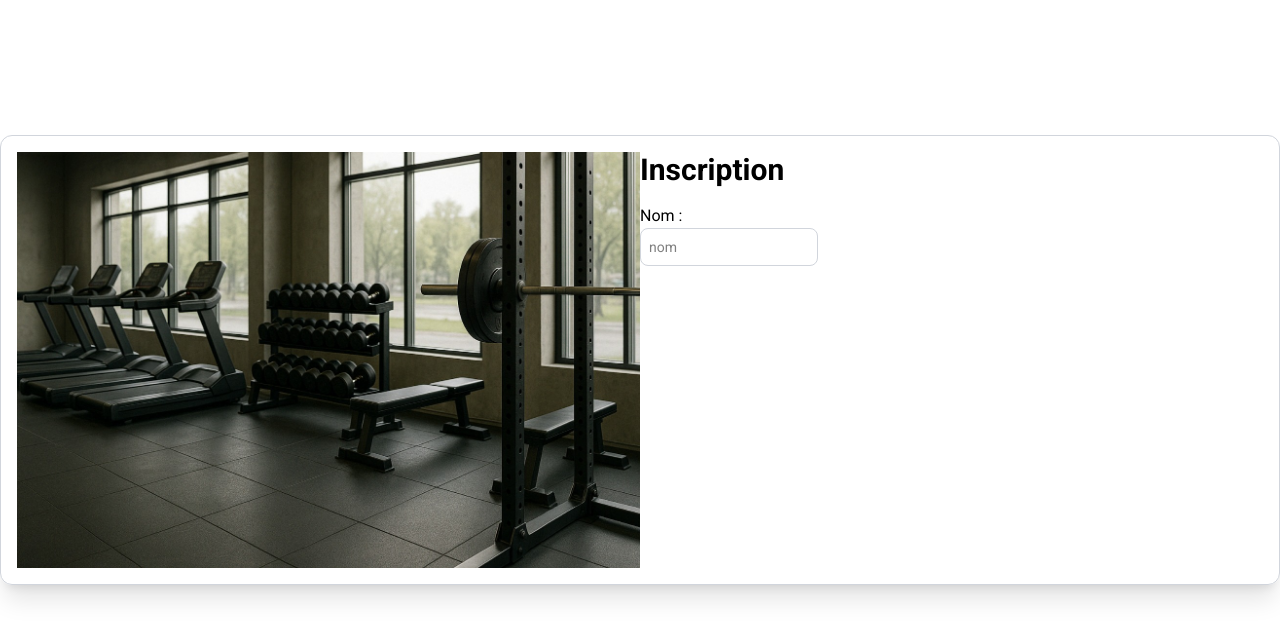
Repository: fahchouchsm/clubSportifWeb
Page: src/pages/inscription.html
The author's editor kept a copy of each file at every save. The page is drawn from the files as they stood at one save, then again after the next save.
The browser window is 1280 px wide. The pictures show the whole page.

Above is the page before, as saved 2025-04-16 18:23:01.

After the next save:
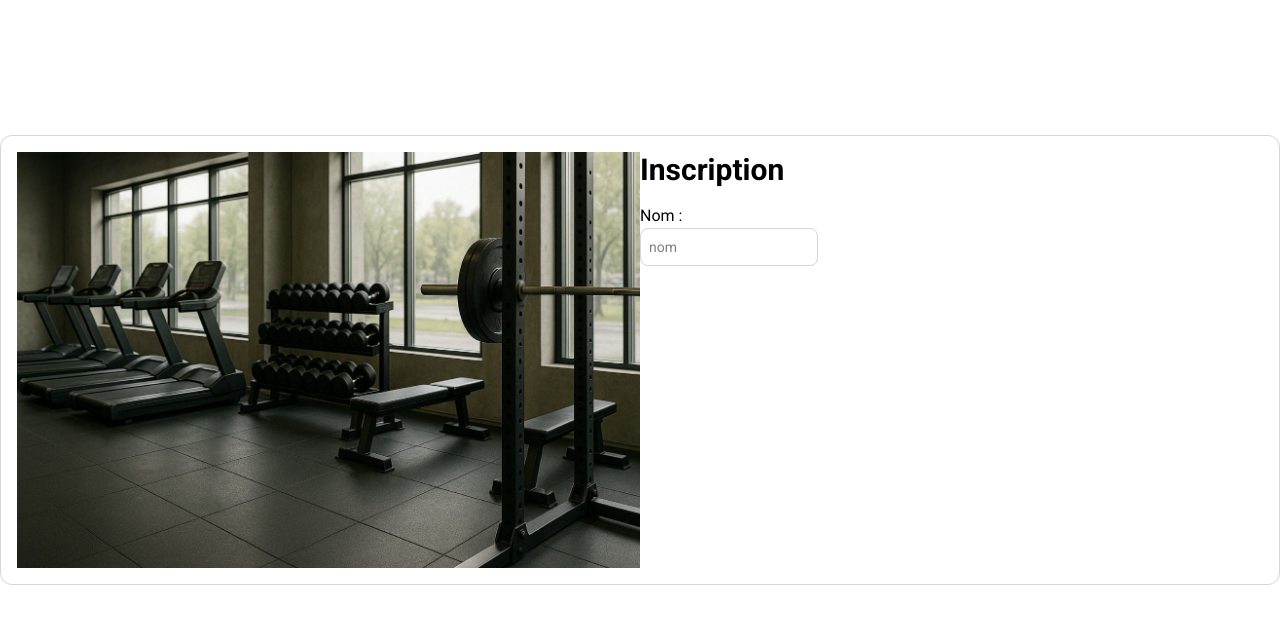
Saved 9 s later.
--- a/src/pages/inscription.html
+++ b/src/pages/inscription.html
@@ -10,7 +10,7 @@
   <body>
     <div class="flex h-screen w-screen items-center justify-center bg-gray-200">
       <main
-        class="mx-auto flex gap-10 rounded-xl border border-gray-300 p-4 shadow-xl"
+        class="mx-auto flex gap-10 rounded-xl border border-gray-300 p-4 shadow-lg"
       >
         <img
           src="../../public/imgs/salleInterieur.jpeg"
